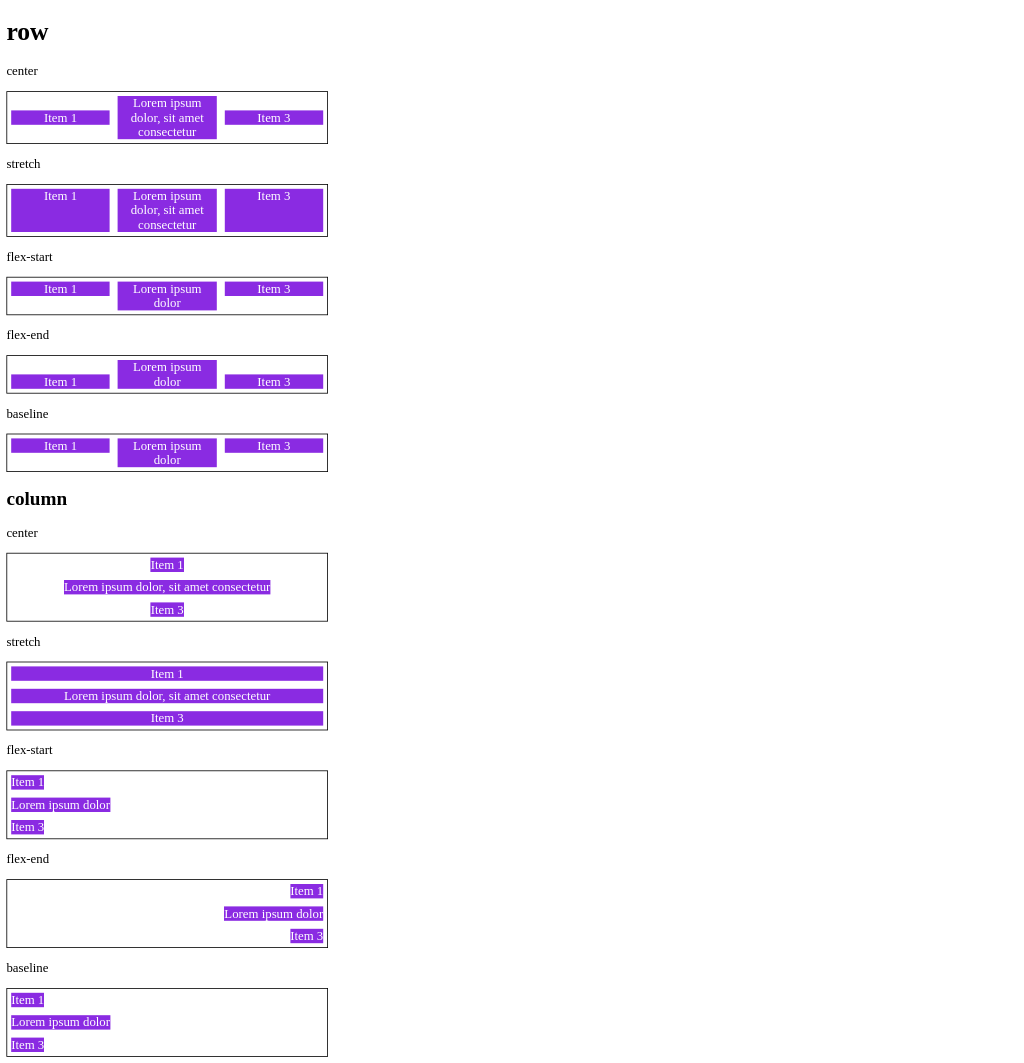
Repository: gabrielbino/projects-dio
Page: Flexbox/@align-items.html
An editor plug-in stored every save of this project. The page is shown before and after the next save, followed by the edit.
The browser window is 1280 px wide. The pictures show the whole page, at 80% of full size.

Above is the page before, as saved 2021-10-22 18:12:03.

### Flexbox/@align-items.html
<!DOCTYPE html>
<html lang="en">
  <head>
    <meta charset="UTF-8" />
    <meta name="viewport" content="width=device-width, initial-scale=1.0" />
    <title>Fundamentos - align items</title>
    <style>
      .container {
        display: flex;
        max-width: 400px;
        border: 1px solid black;
      }

      .item {
        background-color: blueviolet;
        color: white;
        margin: 5px;
        text-align: center;
        flex: 1;
      }

      .center {
        align-items: center;
      }

      .stretch {
        align-items: stretch;
      }

      .flexStart {
        align-items: flex-start;
      }

      .flexEnd {
        align-items: flex-end;
      }

      .baseline {
        align-items: baseline;
      }

      .column {
        flex-direction: column;
      }
    </style>
  </head>
  <body>
    <h1>row</h1>
    <p>center</p>
    <section class="container center">
      <div class="item">Item 1</div>
      <div class="item">Lorem ipsum dolor, sit amet consectetur</div>
      <div class="item">Item 3</div>
    </section>

    <p>stretch</p>
    <section class="container stretch">
      <div class="item">Item 1</div>
      <div class="item">Lorem ipsum dolor, sit amet consectetur</div>
      <div class="item">Item 3</div>
    </section>

    <p>flex-start</p>
    <section class="container flexStart">
      <div class="item">Item 1</div>
      <div class="item">Lorem ipsum dolor</div>
      <div class="item">Item 3</div>
    </section>

    <p>flex-end</p>
    <section class="container flexEnd">
      <div class="item">Item 1</div>
      <div class="item">Lorem ipsum dolor</div>
      <div class="item">Item 3</div>
    </section>

    <p>baseline</p>
    <section class="container baseline">
      <div class="item">Item 1</div>
      <div class="item">Lorem ipsum dolor</div>
      <div class="item">Item 3</div>
    </section>

    <h2>column</h2>
    <p>center</p>
    <section class="container center column">
      <div class="item">Item 1</div>
      <div class="item">Lorem ipsum dolor, sit amet consectetur</div>
      <div class="item">Item 3</div>
    </section>

    <p>stretch</p>
    <section class="container stretch column">
      <div class="item">Item 1</div>
      <div class="item">Lorem ipsum dolor, sit amet consectetur</div>
      <div class="item">Item 3</div>
    </section>

    <p>flex-start</p>
    <section class="container flexStart column">
      <div class="item">Item 1</div>
      <div class="item">Lorem ipsum dolor</div>
      <div class="item">Item 3</div>
    </section>

    <p>flex-end</p>
    <section class="container flexEnd column">
      <div class="item">Item 1</div>
      <div class="item">Lorem ipsum dolor</div>
      <div class="item">Item 3</div>
    </section>

    <p>baseline</p>
    <section class="container baseline column">
      <div class="item">Item 1</div>
      <div class="item">Lorem ipsum dolor</div>
      <div class="item">Item 3</div>
    </section>
  </body>
</html>

After the next save:
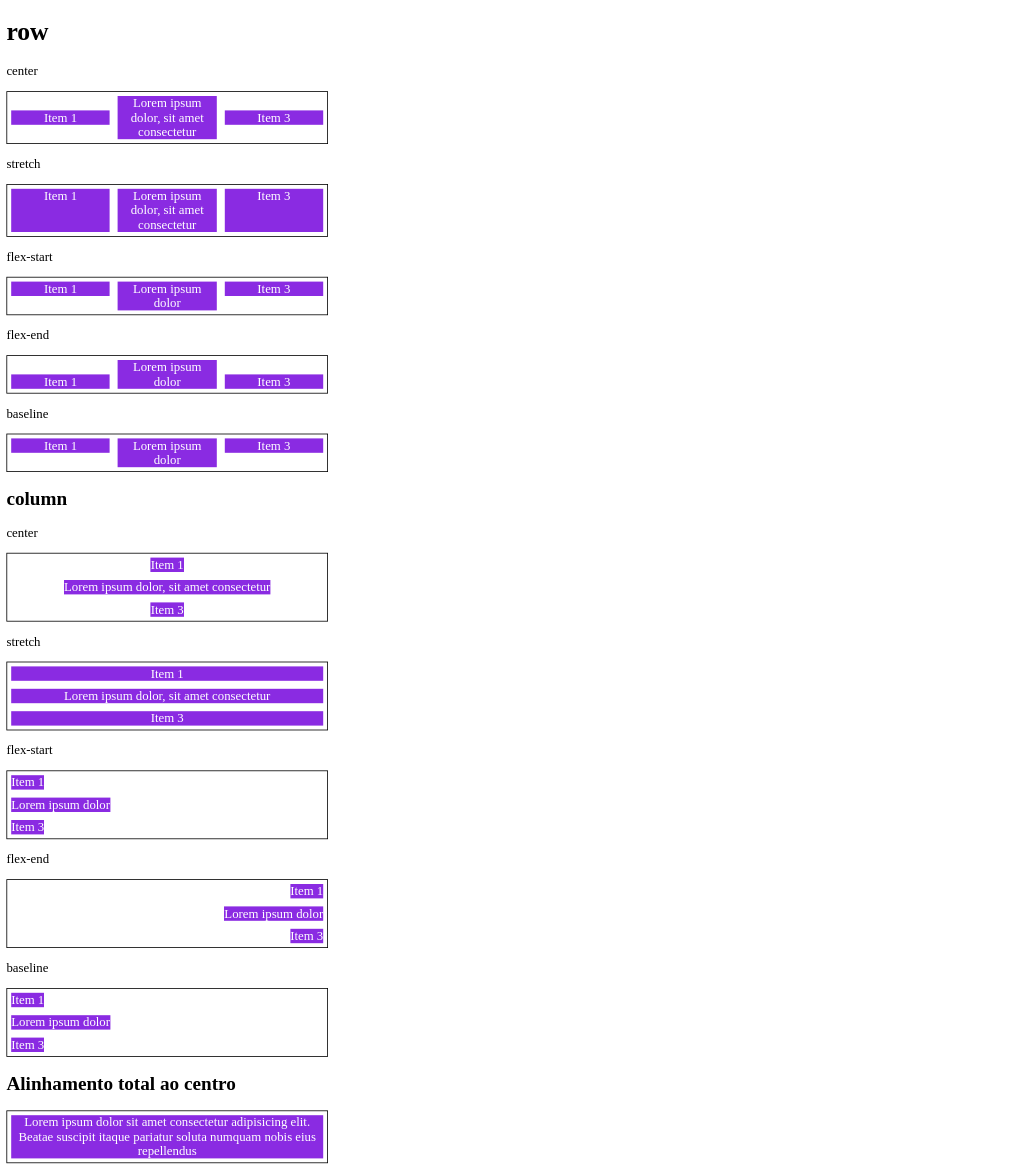
Saved 2 min 8 s later.
--- a/Flexbox/@align-items.html
+++ b/Flexbox/@align-items.html
@@ -116,5 +116,13 @@
       <div class="item">Lorem ipsum dolor</div>
       <div class="item">Item 3</div>
     </section>
+
+    <h2>Alinhamento total ao centro</h2>
+    <section class="container">
+      <div class="item">
+        Lorem ipsum dolor sit amet consectetur adipisicing elit. Beatae suscipit
+        itaque pariatur soluta numquam nobis eius repellendus
+      </div>
+    </section>
   </body>
 </html>
